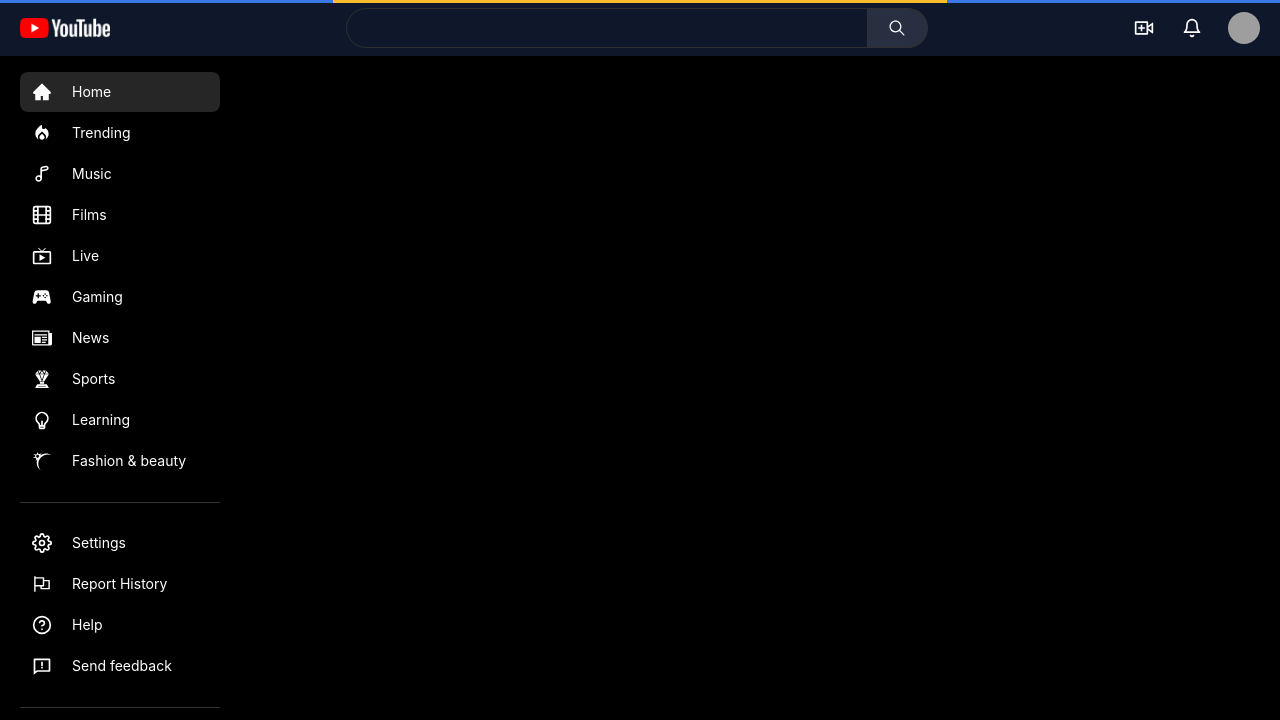
Repository: deepakbind/youtube_lite
Page: /
An editor plug-in stored every save of this project. The page is shown before and after a run of saves, followed by the edit.
The browser window is 1280 px wide. The pictures show the whole page.
Pictures or frames that could not be fetched are drawn as grey boxes. The page's requests for data from a server got no answer. The project was rebuilt for these pictures with package versions that can differ from the ones it lists, and the page was loaded fresh each time. No one was signed in, and anything a server would have sent is missing. Also part of the build but not shown: src/shared/videoLength.jsx, src/components/VideoCard.jsx, src/components/SearchResultVideoCard.jsx, src/components/SearchResult.jsx, src/components/SuggestionVideoCard.jsx, src/components/VideoDetails.jsx.

Above is the page before, as saved 2023-03-03 09:15:05.

### public/index.html
<!DOCTYPE html>
<html lang="en">
  <head>
    <meta charset="utf-8" />
    <link rel="icon" href="%PUBLIC_URL%/favicon.ico" />
    <meta name="viewport" content="width=device-width, initial-scale=1" />
    <meta name="theme-color" content="#000000" />
    <meta
      name="description"
      content="Web site created using create-react-app"
    />
    <link rel="apple-touch-icon" href="%PUBLIC_URL%/logo192.png" />

    <link rel="manifest" href="%PUBLIC_URL%/manifest.json" />

    <title>Youtube</title>
  </head>
  <body>
    <div id="root"></div>

  </body>
</html>

### src/index.js
import React from "react";
import  ReactDOM  from "react-dom/client";
import './index.css';
import App from './App';

const root = ReactDOM.createRoot(document.getElementById("root"));
root.render(<App/>);

### src/App.js
import React from 'react';
import { BrowserRouter, Routes, Route } from 'react-router-dom';

import Header from './components/Header';
import Feed from './components/Feed';
import SearchResult from './components/SearchResult';
import VideoDetails from './components/VideoDetails';
import { AppContext } from './context/contextApi';
const App = () => {
  return (
    <AppContext>
      <BrowserRouter>
        <div className='flex flex-col h-full'>
          <Header />
          <Routes>
            <Route path='/' exact element={<Feed />} />
            <Route path='/searchResult/:searchQuery' element={<SearchResult />} />
            <Route path='/video/:id' element={<VideoDetails />} />
          </Routes>
        </div>
      </BrowserRouter>
    </AppContext>
  );
};

export default App;

### src/components/Header.jsx
import React, { useContext, useState } from "react";
import { Link, useLocation, useNavigate } from "react-router-dom";

import ytLogo from "../images/yt-logo.png";
import ytLogoMobile from "../images/yt-logo-mobile.png";

import { SlMenu } from "react-icons/sl";
import { IoIosSearch } from "react-icons/io";
import { RiVideoAddLine } from "react-icons/ri";
import { FiBell } from "react-icons/fi";
import { CgClose } from "react-icons/cg";

import { Context } from "../context/contextApi";
import Loader from "../shared/loader";

const Header = () => {
    const [searchQuery, setSearchQuery] = useState("");

    const { loading, mobileMenu, setMobileMenu } = useContext(Context);

    const navigate = useNavigate();

    const searchQueryHandler = (event) => {
        if ((event?.key === "Enter" || event === "searchButton") && searchQuery?.length > 0) {
            navigate(`/searchResult/${searchQuery}`);
        }
    };

    const mobileMenuToggle = () => {
        setMobileMenu(!mobileMenu);
    };

    const { pathname } = useLocation();
    const pageName = pathname?.split("/")?.filter(Boolean)?.[0]

    return (
        <div className="sticky top-0 z-10 flex flex-row items-center justify-between h-14 px-4 md:px-5 bg-slate-900 dark:bg-black">
            {loading && <Loader />}

            <div className="flex h-5 items-center">
                {pageName !== "video" && (
                    <div
                        className="flex md:hidden md:mr-6 cursor-pointer items-center justify-center h-10 w-10 rounded-full hover:bg-[#303030]/[0.6]"
                        onClick={mobileMenuToggle}
                        >
                        {mobileMenu ? (
                            <CgClose className="text-white text-xl" />
                        ) : (
                            <SlMenu className="text-white text-xl" />
                        )}
                    </div>
                )}
                <Link to="/" className="flex h-5 items-center">
                    <img
                        className="h-full hidden md:block"
                        src={ytLogo}
                        alt="Youtube" />
                    <img
                        className="h-full md:hidden"
                        src={ytLogoMobile}
                        alt="Youtube" />
                </Link>
            </div>
            <div className="group flex items-center">
                <div className="flex h-8 md:h-10 md:ml-10 md:pl-5 border border-[#303030] rounded-l-3xl group-focus-within:border-blue-500 md:group-focus-within:ml-5 md:group-focus-within:pl-0">
                    <div className="w-10 items-center justify-center hidden group-focus-within:md:flex">
                        <IoIosSearch className="text-white text-xl" />
                    </div>
                    <input
                        type="text"
                        className="bg-transparent outline-none text-white pr-5 pl-5 md:pl-0 w-44 md:group-focus-within:pl-0 md:w-64 lg:w-[500px]"
                        onChange={(e) => setSearchQuery(e.target.value)}
                        onKeyUp={searchQueryHandler}
                        value={searchQuery}
                    />
                </div>
                <button className="w-[400px] md:w-[60px] h-8 md:h-10 flex items-center justify-center border border-l-0 border-[#303030] rounded-r-3xl bg-white/[0.1]">
                    <IoIosSearch className="text-white text-xl" />
                </button>
            </div>
            <div className="flex items-center">
                <div className=" hidden md:flex">
                    <div className="flex items-center justify-center h-10 w-10 rounded-full hover:bg-[#303030]/[0.6]">
                        <RiVideoAddLine className="text-white text-xl cursor-pointer" />
                    </div>
                    <div className="flex items-center justify-center ml-2 h-10 w-10 rounded-full hover:bg-[#303030]/[0.6]">
                        <FiBell className="text-white text-xl cursor-pointer" />
                    </div>
                </div>
                <div className="flex h-8 w-8 overflow-hidden rounded-full md:ml-4">
                        <img src="https://xsgames.co/randomusers/assets/avatars/female/27.jpg" />
                    </div>
            </div>
        </div>
    );
};
export default Header;

### src/components/Feed.jsx
import React, { useContext, useEffect } from "react";

import { Context } from "../context/contextApi";
import LeftNav from "./LeftNav";
import VideoCard from "./VideoCard";

const Feed = () => {
  const { loading, searchResults } = useContext(Context);

  useEffect(()=> {
document.getElementById("root").classList.remove("custom-h");
  },[]);

  return (
    <div className="flex flex-row h-[calc(100%-56px)]">
      <LeftNav />
      <div className="grow w-[calc(100%-240px)] h-full overflow-y-auto bg-black">
        <div className="grid grid-cols-1 md:grid-cols-2 lg:grid-cols-3 xl:grid-cols-4 gap-4 p-5">
          {!loading &&
            searchResults &&
            searchResults?.map((item) => {
              if (item?.type !== "video") return false;
              return (
                <VideoCard
                  key={item?.video?.videoId}
                  video={item?.video}
                />
              );
            })}
        </div>
      </div>
    </div>
  );
};

export default Feed;

### src/context/contextApi.js
import React, { createContext, useState, useEffect } from "react";

import { fetchDataFromApi } from "../utils/api";
export const Context = createContext();

export const AppContext = (props) => {
    const [loading, setLoading] = useState(false);
    const [searchResults, setSearchResults] = useState([]);
    const [selectCategories, setSelectCategories] = useState("New");
    const [mobileMenu, setMobileMenu] = useState(false);

    useEffect(() => {
        fetchSelectedCategoryData(selectCategories);
    }, [selectCategories]);

    const fetchSelectedCategoryData = (query) => {
        setLoading(true);
        fetchDataFromApi(`search/?q=${query}`).then(({ contents }) => {
            console.log(contents);
            setSearchResults(contents);
            setLoading(false);
        });
    };

    return (
        <Context.Provider
            value={{
                loading,
                setLoading,
                searchResults,
                selectCategories,
                setSelectCategories,
                mobileMenu,
                setMobileMenu,
            }}
        >
            {props.children}
        </Context.Provider>
    );
};

### src/shared/loader.jsx
import React from 'react';

const Loader = () => {
  return (
    <div className='load-bar'>
    <div className='bar'></div>
    <div className='bar'></div>
    <div className='bar'></div>
    </div>
  );
};

export default Loader;

### src/components/LeftNav.jsx
import React, { useContext } from "react";
import { useNavigate } from "react-router-dom";

import LeftNavMenuItem from "./LeftNavMenuItem";
import { categories } from "../utils/constants";
import { Context } from "../context/contextApi";

const LeftNav = () => {
    const {selectCategories, setSelectCategories, mobileMenu} = useContext(Context);

    const navigate = useNavigate();
    const clickHandler = (name, type) =>{
switch (type) {
    case "category":
    return setSelectCategories(name);
    case "home":
        return setSelectCategories(name);
        case "menu":
            return false;
    default:
        break;
}
      };

    return (
        <div className={`md:black w-[240px] overflow-y-auto h-full py-4 bg-black absolute md:relative z-10 translate-x-[-240px] md:translate-x-0 transition-all ${mobileMenu ? "translate-x-0" : " "}`}>
            <div className="flex px-5 flex-col">
                {categories.map((item) => {
                    return (
                        <React.Fragment key={item.name}>
                            <LeftNavMenuItem
                                text={item.type === "home" ? "Home" :item.name}
                                icon={item.icon}
                                action={()=>{
                                    clickHandler(item.name, item.type);
                                    navigate("/");
                                }}
                                className={`${selectCategories === item.name ? "bg-white/[0.15]" :""}`}
                            />
                            {item.divider && (
                                <hr className="my-5 border-white/[0.2]"/>
                            )}
                        </React.Fragment>
                    );
                })}
                <hr className="my-5 border-white/[0.2]"/>
                <div className="text-white/[0.5] text-[12px]">
                clone by : DEEPAK KUMAR BIND
                </div>
            </div>
        </div>
    );
};

export default LeftNav

### src/utils/api.js
import axios from "axios";
const BASE_URL = 'https://youtube138.p.rapidapi.com'
const options = {
    params: {hl: 'en', gl: 'US'},
    headers: {
      // 'X-RapidAPI-Key': process.env.REACT_APP_YOUTUBE_API_KEY,
      'X-RapidAPI-Key': '63fbd6d704mshaceeb7f09200ab1p10dd8fjsnc5c94eaca95f',
    'X-RapidAPI-Host': 'youtube138.p.rapidapi.com'
    }
  };

 export const fetchDataFromApi = async(url) => {
    const {data} = await axios.get(`${BASE_URL}/${url}`, options);
    return data;
  }

### src/utils/constants.js
import React from "react";

import { AiFillHome, AiOutlineFlag } from "react-icons/ai";
import { MdLocalFireDepartment, MdLiveTv } from "react-icons/md";
import { CgMusicNote } from "react-icons/cg";
import { FiFilm } from "react-icons/fi";
import { IoGameControllerSharp } from "react-icons/io5";
import { ImNewspaper } from "react-icons/im";
import { GiDiamondTrophy, GiEclipse } from "react-icons/gi";
import { RiLightbulbLine, RiFeedbackLine } from "react-icons/ri";
import { FiSettings, FiHelpCircle } from "react-icons/fi";

export const categories = [
    { name: "New", icon: <AiFillHome />, type: "home" },
    { name: "Trending", icon: <MdLocalFireDepartment />, type: "category" },
    { name: "Music", icon: <CgMusicNote />, type: "category" },
    { name: "Films", icon: <FiFilm />, type: "category" },
    { name: "Live", icon: <MdLiveTv />, type: "category" },
    { name: "Gaming", icon: <IoGameControllerSharp />, type: "category" },
    { name: "News", icon: <ImNewspaper />, type: "category" },
    { name: "Sports", icon: <GiDiamondTrophy />, type: "category" },
    { name: "Learning", icon: <RiLightbulbLine />, type: "category" },
    {
        name: "Fashion & beauty",
        icon: <GiEclipse />,
        type: "category",
        divider: true,
    },
    { name: "Settings", icon: <FiSettings />, type: "menu" },
    { name: "Report History", icon: <AiOutlineFlag />, type: "menu" },
    { name: "Help", icon: <FiHelpCircle />, type: "menu" },
    { name: "Send feedback", icon: <RiFeedbackLine />, type: "menu" },
];

### tailwind.config.js
/** @type {import('tailwindcss').Config} */
module.exports = {
  content: ["./src/**/*.{js,jsx,ts,tsx}"],
  theme: {
    extend: {},
  },
  plugins: [require('@tailwindcss/line-clamp')],
};

Loaded but not shown: src/index.css (common file); src/components/LeftNavMenuItem.jsx (common file)

After the next 7 saves:
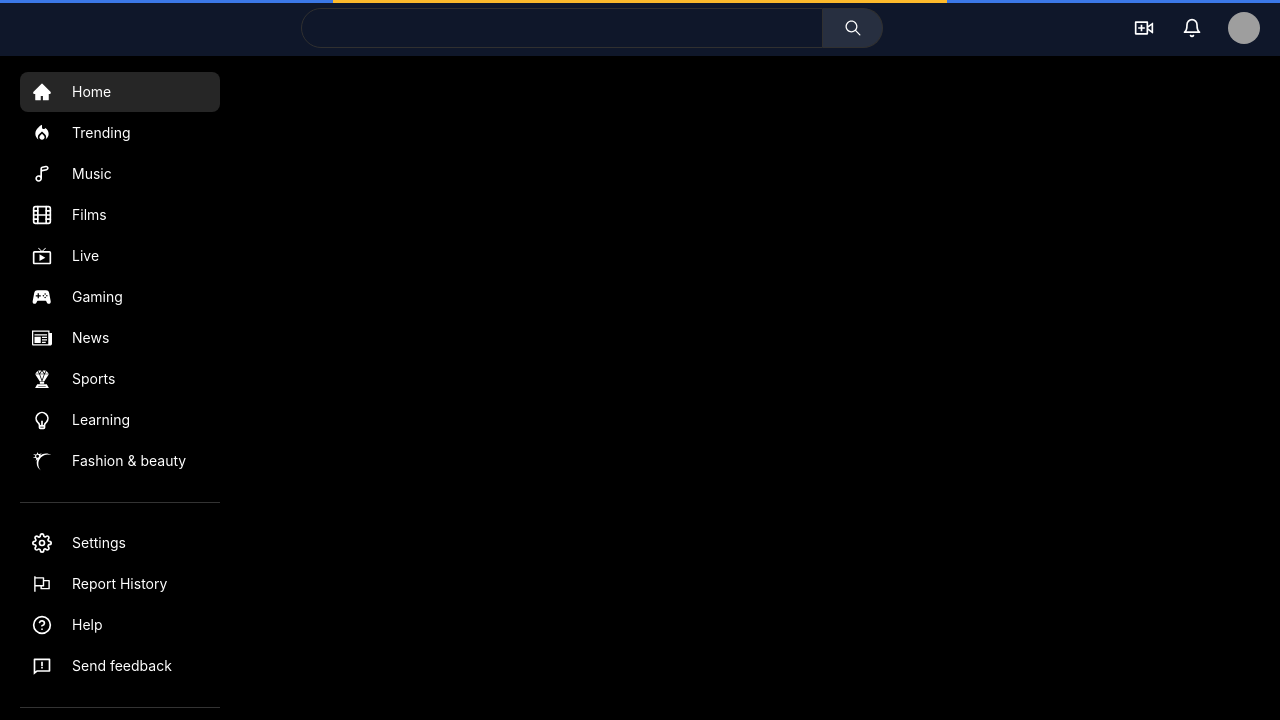
The 7 saves are shown as one change because they came seconds apart.
The last was saved 4 min 12 s later.
--- a/src/components/Header.jsx
+++ b/src/components/Header.jsx
@@ -52,7 +52,7 @@
                 )}
                 <Link to="/" className="flex h-5 items-center">
                     <img
-                        className="h-full hidden md:block"
+                        className="h-full hidden dark:black:md:block"
                         src={ytLogo}
                         alt="Youtube" />
                     <img

After the save that followed:
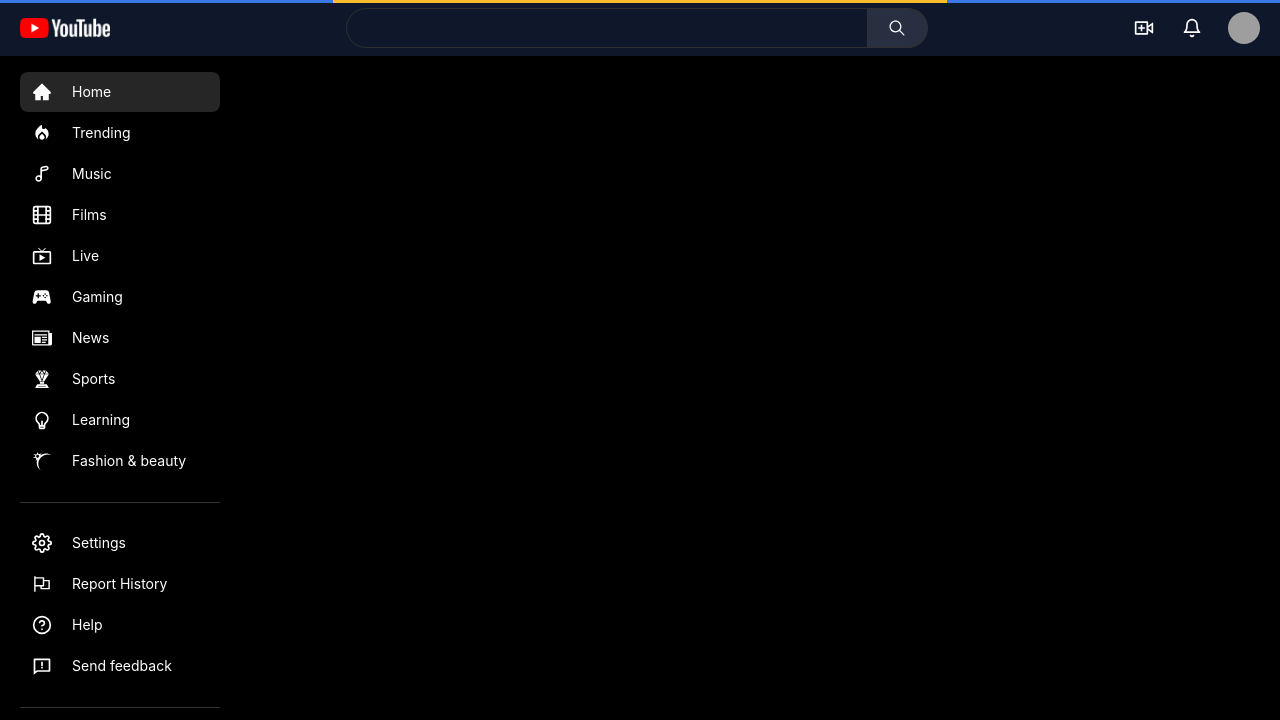
Saved 18 s later.
--- a/src/components/Header.jsx
+++ b/src/components/Header.jsx
@@ -52,7 +52,7 @@
                 )}
                 <Link to="/" className="flex h-5 items-center">
                     <img
-                        className="h-full hidden dark:black:md:block"
+                        className="h-full hidden md:block"
                         src={ytLogo}
                         alt="Youtube" />
                     <img
